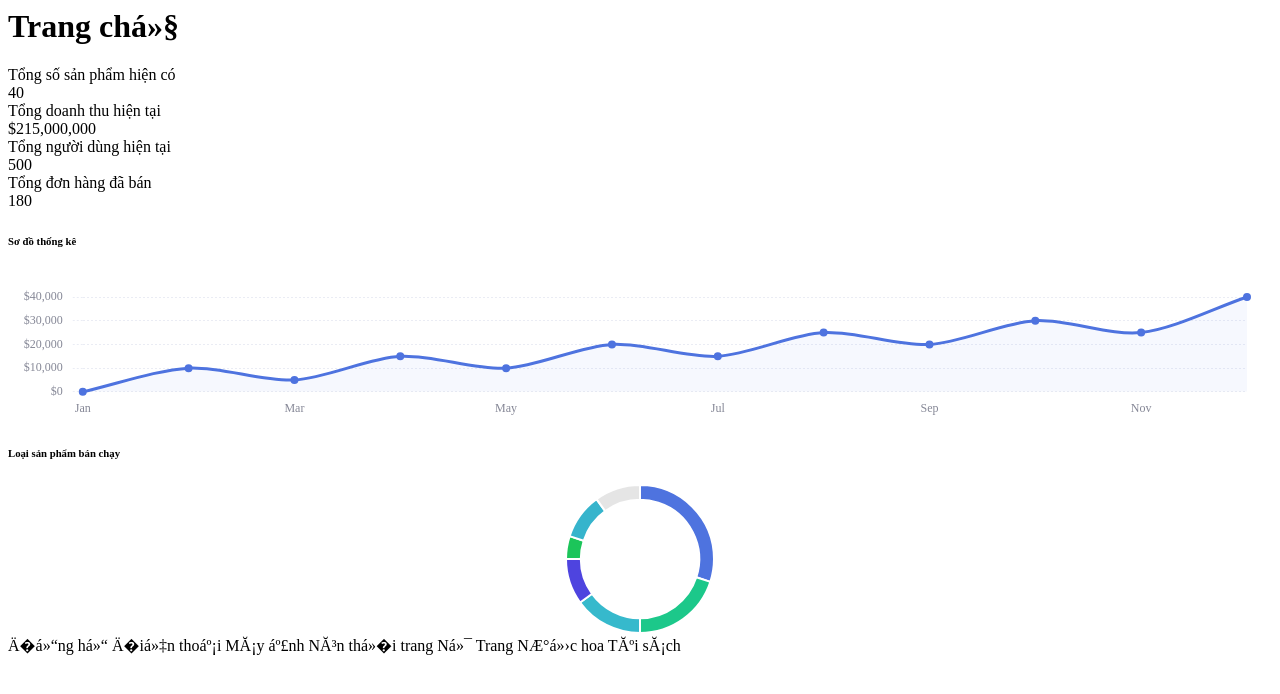
Repository: tantai3004/MiniProject
Page: MiniProject_pc00715/src/main/resources/static/assets/admin/home.html
These files come from the project's save history. The page is drawn as it stood at one moment and after the next save; the edit follows.
The browser window is 1280 px wide. The pictures show the whole page.

Above is the page before, as saved 2021-09-08 07:20:38.
Console error: ReferenceError: jQuery is not defined

### MiniProject_pc00715/src/main/resources/static/assets/admin/home.html


<div class="container-fluid">

	<!-- Page Heading -->
	<div class="d-sm-flex align-items-center justify-content-between mb-4">
		<h1 class="h3 mb-0 text-gray-800">Trang chá»§</h1>
	</div>

	<!-- Content Row -->
	<div class="row">

		<!-- Earnings (Monthly) Card Example -->
		<div class="col-xl-3 col-md-6 mb-4">
			<div class="card border-left-primary shadow h-100 py-2">
				<div class="card-body">
					<div class="row no-gutters align-items-center">
						<div class="col mr-2">
							<div
								class="text-xs font-weight-bold text-primary text-uppercase mb-1">
								Tổng số sản phẩm hiện có</div>
							<div class="h5 mb-0 font-weight-bold text-gray-800">40</div>
						</div>
						<div class="col-auto">
							<i class="fas fa-calendar fa-2x text-gray-300"></i>
						</div>
					</div>
				</div>
			</div>
		</div>

		<!-- Earnings (Monthly) Card Example -->
		<div class="col-xl-3 col-md-6 mb-4">
			<div class="card border-left-success shadow h-100 py-2">
				<div class="card-body">
					<div class="row no-gutters align-items-center">
						<div class="col mr-2">
							<div
								class="text-xs font-weight-bold text-success text-uppercase mb-1">
								Tổng doanh thu hiện tại</div>
							<div class="h5 mb-0 font-weight-bold text-gray-800">$215,000,000</div>
						</div>
						<div class="col-auto">
							<i class="fas fa-dollar-sign fa-2x text-gray-300"></i>
						</div>
					</div>
				</div>
			</div>
		</div>

		<div class="col-xl-3 col-md-6 mb-4">
			<div class="card border-left-info    shadow h-100 py-2">
				<div class="card-body">
					<div class="row no-gutters align-items-center">
						<div class="col mr-2">
							<div
								class="text-xs font-weight-bold text-success text-uppercase mb-1">
								Tổng người dùng hiện tại</div>
							<div class="h5 mb-0 font-weight-bold text-gray-800">500</div>
						</div>
						<div class="col-auto">
							<i class="fas fa-dollar-sign fa-2x text-gray-300"></i>
						</div>
					</div>
				</div>
			</div>
		</div>


		<!-- Pending Requests Card Example -->
		<div class="col-xl-3 col-md-6 mb-4">
			<div class="card border-left-warning shadow h-100 py-2">
				<div class="card-body">
					<div class="row no-gutters align-items-center">
						<div class="col mr-2">
							<div
								class="text-xs font-weight-bold text-warning text-uppercase mb-1">
								Tổng đơn hàng đã bán</div>
							<div class="h5 mb-0 font-weight-bold text-gray-800">180</div>
						</div>
						<div class="col-auto">
							<i class="fas fa-comments fa-2x text-gray-300"></i>
						</div>
					</div>
				</div>
			</div>
		</div>
	</div>

	<!-- Content Row -->

	<div class="row">

		<!-- Area Chart -->
		<div class="col-xl-8 col-lg-7">
			<div class="card shadow mb-4">
				<!-- Card Header - Dropdown -->
				<div
					class="card-header py-3 d-flex flex-row align-items-center justify-content-between">
					<h6 class="m-0 font-weight-bold text-primary">Sơ đồ thống kê</h6>
				</div>
				<!-- Card Body -->
				<div class="card-body">
					<div class="chart-area">
						<canvas id="myAreaChart"></canvas>
					</div>
				</div>
			</div>
		</div>

		<!-- Pie Chart -->
		<div class="col-xl-4 col-lg-5">
			<div class="card shadow mb-4">
				<!-- Card Header - Dropdown -->
				<div
					class="card-header py-3 d-flex flex-row align-items-center justify-content-between">
					<h6 class="m-0 font-weight-bold text-primary">Loại sản phẩm bán chạy</h6>

				</div>
				<!-- Card Body -->
				<div class="card-body">
					<div class="chart-pie pt-4 pb-2">
						<canvas id="myPieChart"></canvas>
					</div>
					<div class="mt-4 text-center small">
						<span class="mr-2"> <i class="fas fa-circle text-primary"></i>
							Ä�á»“ng há»“
						</span> <span class="mr-2"> <i class="fas fa-circle text-success"></i>
							Ä�iá»‡n thoáº¡i
						</span> <span class="mr-2"> <i class="fas fa-circle text-info"></i>
							MĂ¡y áº£nh
						</span> <span class="mr-2"> <i class="fas fa-circle text-primary"></i>
							NĂ³n thá»�i trang
						</span> <span class="mr-2"> <i class="fas fa-circle text-success"></i>
							Ná»¯ Trang
						</span>
						<span class="mr-2"> <i class="fas fa-circle text-success"></i>
							NÆ°á»›c hoa
						</span>
						<span class="mr-2"> <i class="fas fa-circle text-success"></i>
							TĂºi sĂ¡ch
						</span>

					</div>
				</div>
			</div>
		</div>
	</div>


</div>


<!-- Core plugin JavaScript-->
<script src="/assets/vendor/jquery-easing/jquery.easing.min.js"></script>

<!-- Custom scripts for all pages-->


<!-- Page level plugins -->
<script src="/assets/vendor/chart.js/Chart.min.js"></script>

<!-- Page level custom scripts -->
<script src="/assets/js/demo/chart-area-demo.js"></script>
<script src="/assets/js/demo/chart-pie-demo.js"></script>

### MiniProject_pc00715/src/main/resources/static/assets/js/demo/chart-pie-demo.js
// Set new default font family and font color to mimic Bootstrap's default styling
Chart.defaults.global.defaultFontFamily = 'Nunito', '-apple-system,system-ui,BlinkMacSystemFont,"Segoe UI",Roboto,"Helvetica Neue",Arial,sans-serif';
Chart.defaults.global.defaultFontColor = '#858796';

// Pie Chart Example
var ctx = document.getElementById("myPieChart");
var myPieChart = new Chart(ctx, {
  type: 'doughnut',
  data: {
    labels: ["Đồng hồ", "Điện thoại", "Máy ảnh", "Nón thời trang", "Nữ Trang", "Nước hoa", "Túi sách"],
    datasets: [{
      data: [30, 20, 15,10,5,10,10],
      backgroundColor: ['#4e73df', '#1cc88a', '#36b9cc','#4e44df', '#1cc55a', '#36b4cc'],
      hoverBackgroundColor: ['#2e33d9', '#17a993', '#2c9faf'],
      hoverBorderColor: "rgba(234, 236, 244, 1)",
    }],
  },
  options: {
    maintainAspectRatio: false,
    tooltips: {
      backgroundColor: "rgb(255,255,255)",
      bodyFontColor: "#858796",
      borderColor: '#dddfeb',
      borderWidth: 1,
      xPadding: 15,
      yPadding: 15,
      displayColors: false,
      caretPadding: 10,
    },
    legend: {
      display: false
    },
    cutoutPercentage: 80,
  },
});

Loaded but not shown: MiniProject_pc00715/src/main/resources/static/assets/vendor/jquery-easing/jquery.easing.min.js (common file); MiniProject_pc00715/src/main/resources/static/assets/vendor/chart.js/Chart.min.js (library); MiniProject_pc00715/src/main/resources/static/assets/js/demo/chart-area-demo.js (common file)

After the next save:
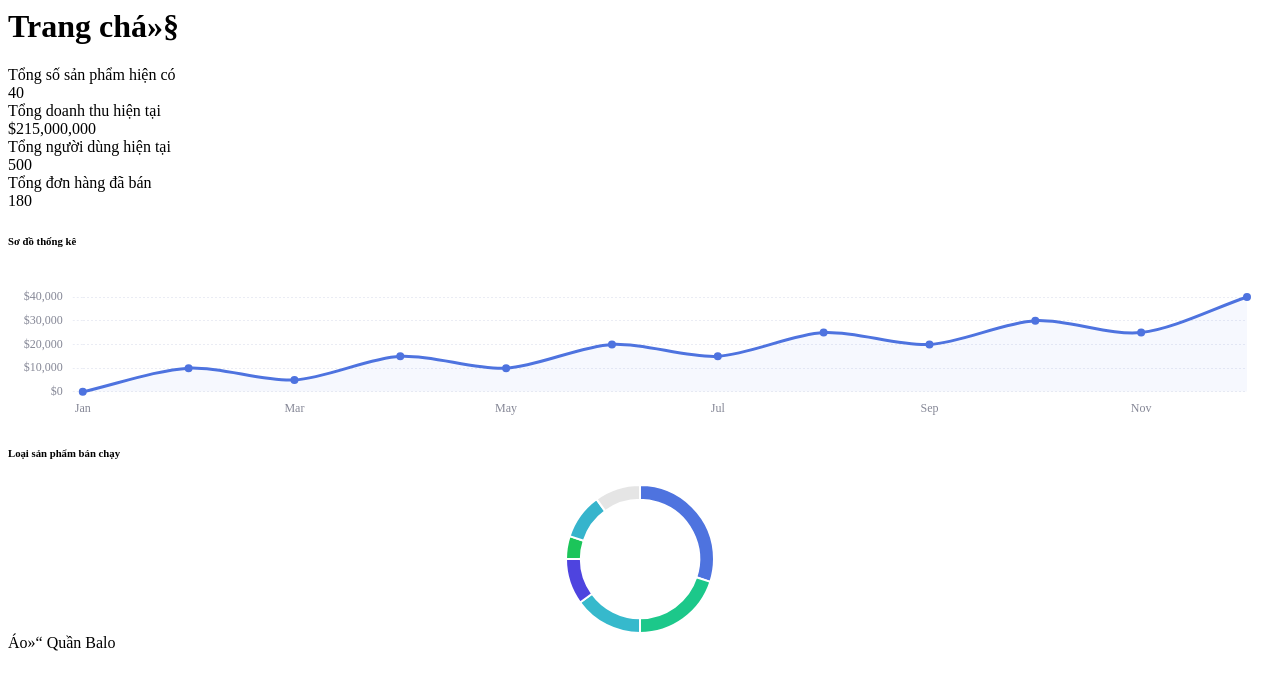
Saved 27 s later.
--- a/MiniProject_pc00715/src/main/resources/static/assets/admin/home.html
+++ b/MiniProject_pc00715/src/main/resources/static/assets/admin/home.html
@@ -124,23 +124,12 @@
 					</div>
 					<div class="mt-4 text-center small">
 						<span class="mr-2"> <i class="fas fa-circle text-primary"></i>
-							Ä�á»“ng há»“
+							Áo»“
 						</span> <span class="mr-2"> <i class="fas fa-circle text-success"></i>
-							Ä�iá»‡n thoáº¡i
+							Quần
 						</span> <span class="mr-2"> <i class="fas fa-circle text-info"></i>
-							MĂ¡y áº£nh
-						</span> <span class="mr-2"> <i class="fas fa-circle text-primary"></i>
-							NĂ³n thá»�i trang
-						</span> <span class="mr-2"> <i class="fas fa-circle text-success"></i>
-							Ná»¯ Trang
+							Balo
 						</span>
-						<span class="mr-2"> <i class="fas fa-circle text-success"></i>
-							NÆ°á»›c hoa
-						</span>
-						<span class="mr-2"> <i class="fas fa-circle text-success"></i>
-							TĂºi sĂ¡ch
-						</span>
-
 					</div>
 				</div>
 			</div>
